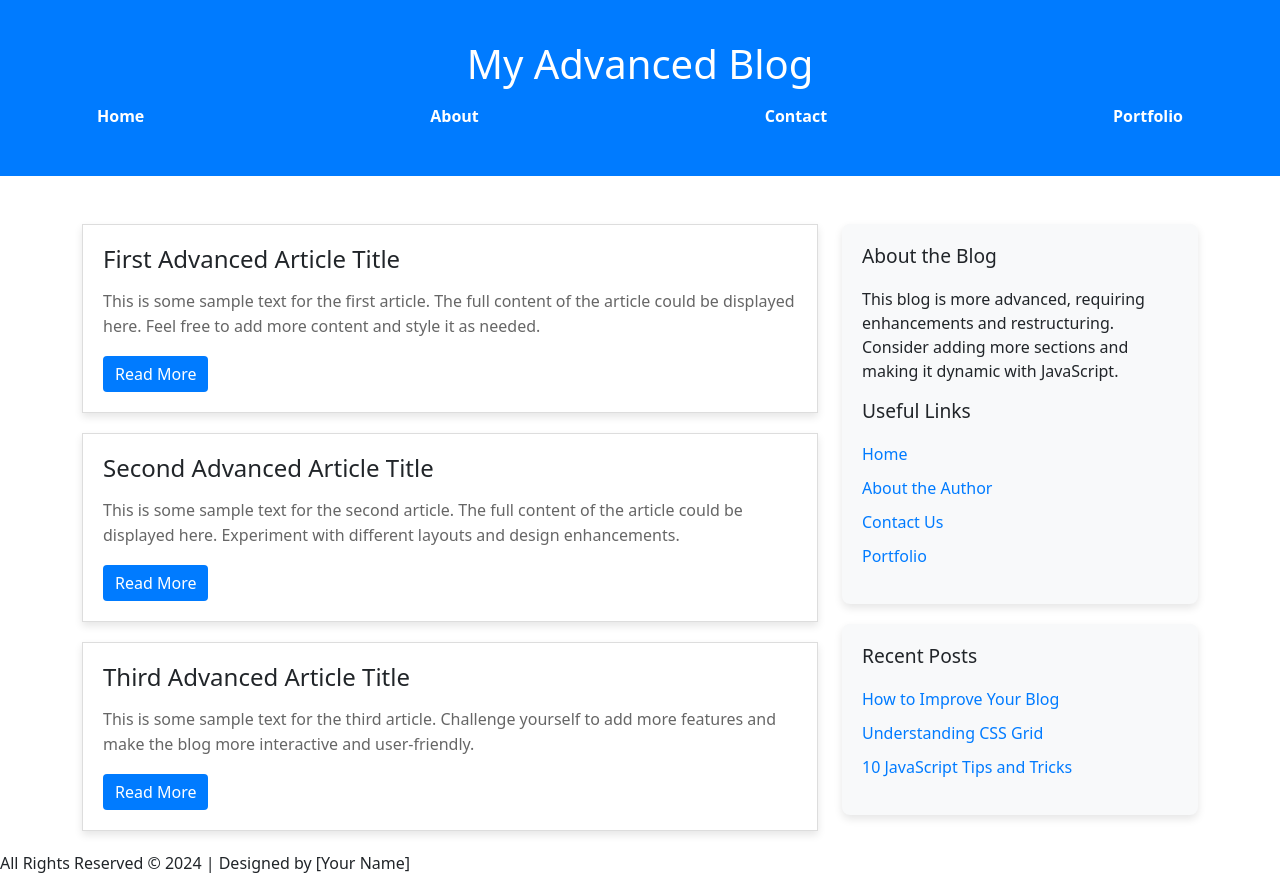
Repository: zeinawady/Blog-Code-Refactoring
Page: index.html
An editor plug-in stored every save of this project. The page is shown before and after the next save, followed by the edit.
The browser window is 1280 px wide. The pictures show the whole page.

Above is the page before, as saved 2024-09-23 14:12:51.

After the next save:
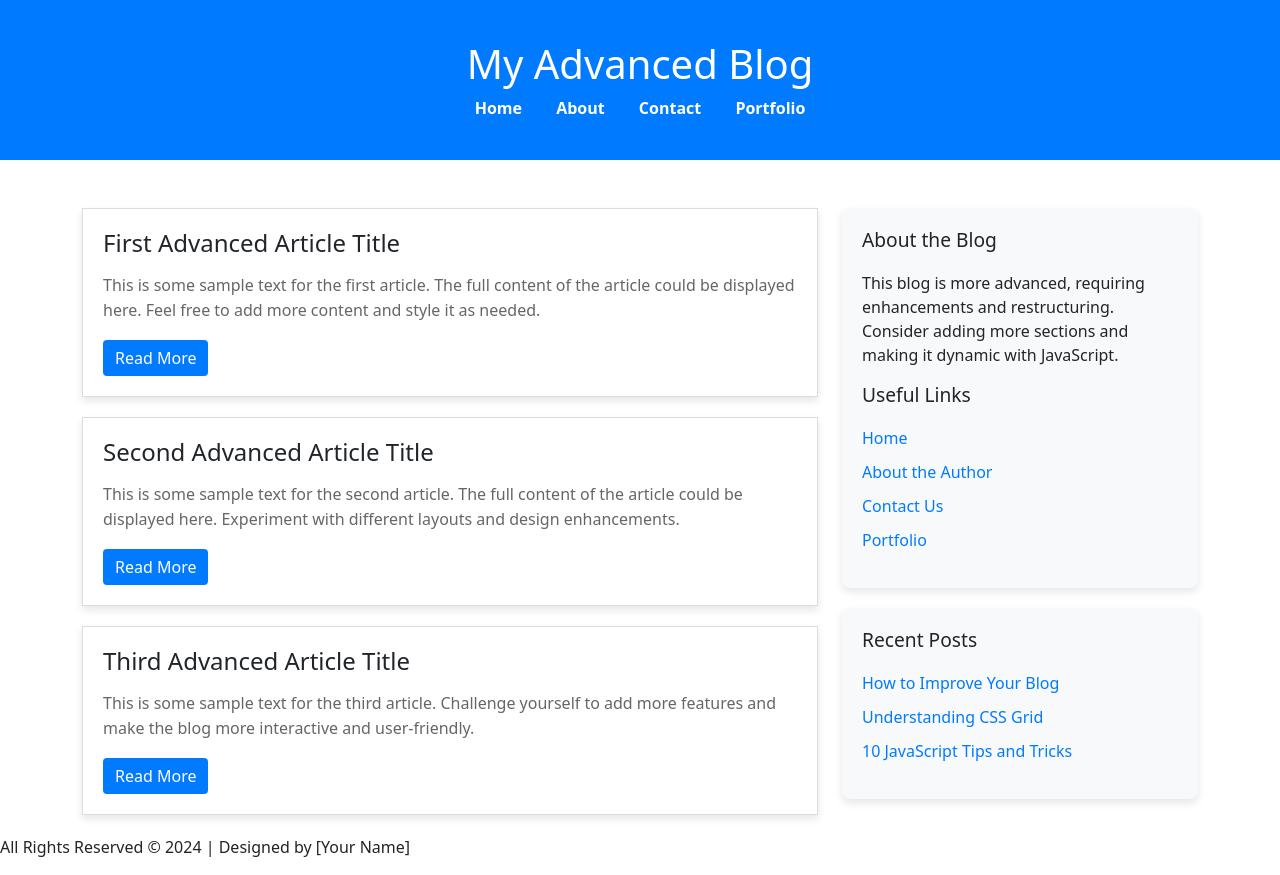
Saved 2 min 20 s later.
--- a/index.html
+++ b/index.html
@@ -14,7 +14,7 @@
   <body>
     <header>
       <h1>My Advanced Blog</h1>
-    <nav class="navbar">
+    <nav class="">
       <div class="container">
         <a href="#" >Home</a>
         <a href="#">About</a>

After the save that followed:
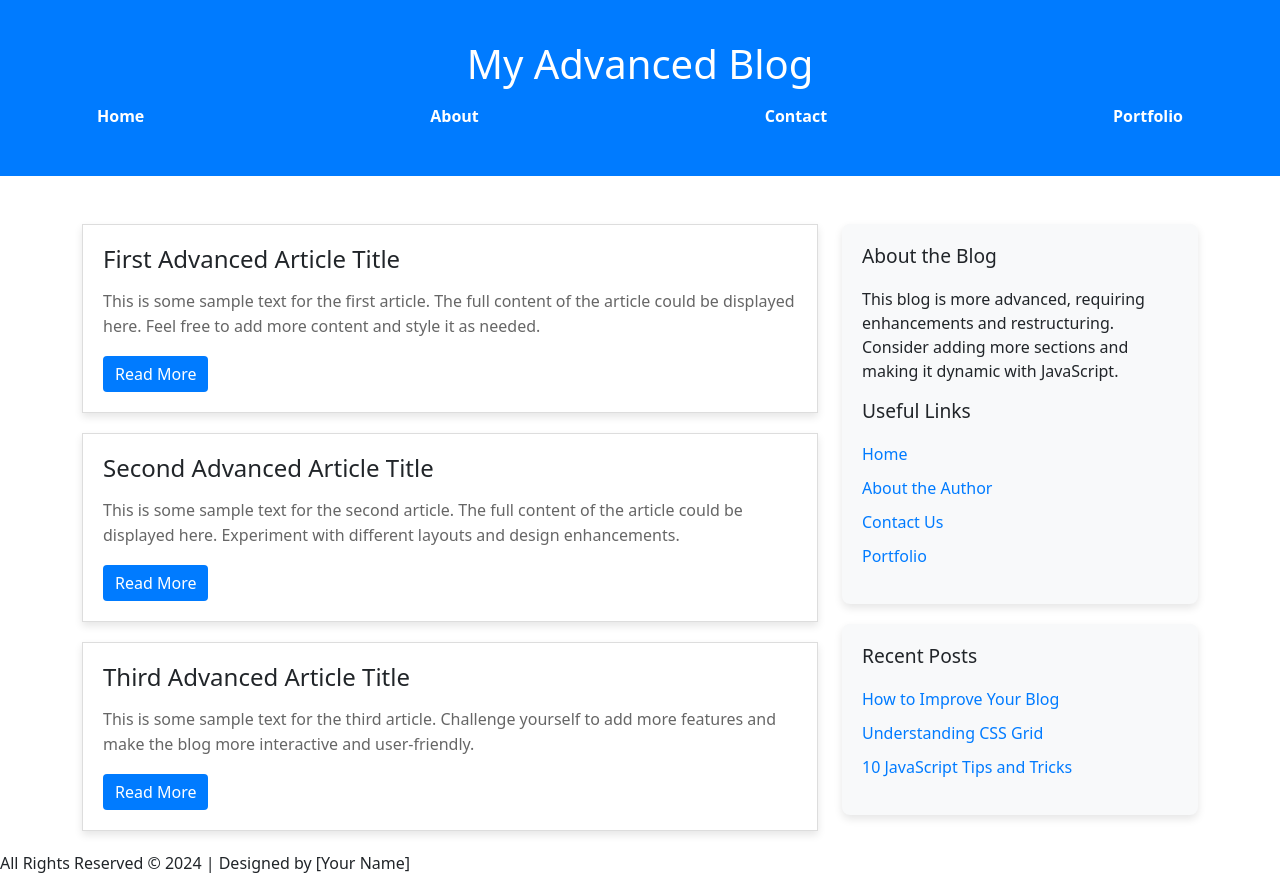
Saved 7 s later.
--- a/index.html
+++ b/index.html
@@ -14,7 +14,7 @@
   <body>
     <header>
       <h1>My Advanced Blog</h1>
-    <nav class="">
+    <nav class="navbar">
       <div class="container">
         <a href="#" >Home</a>
         <a href="#">About</a>
